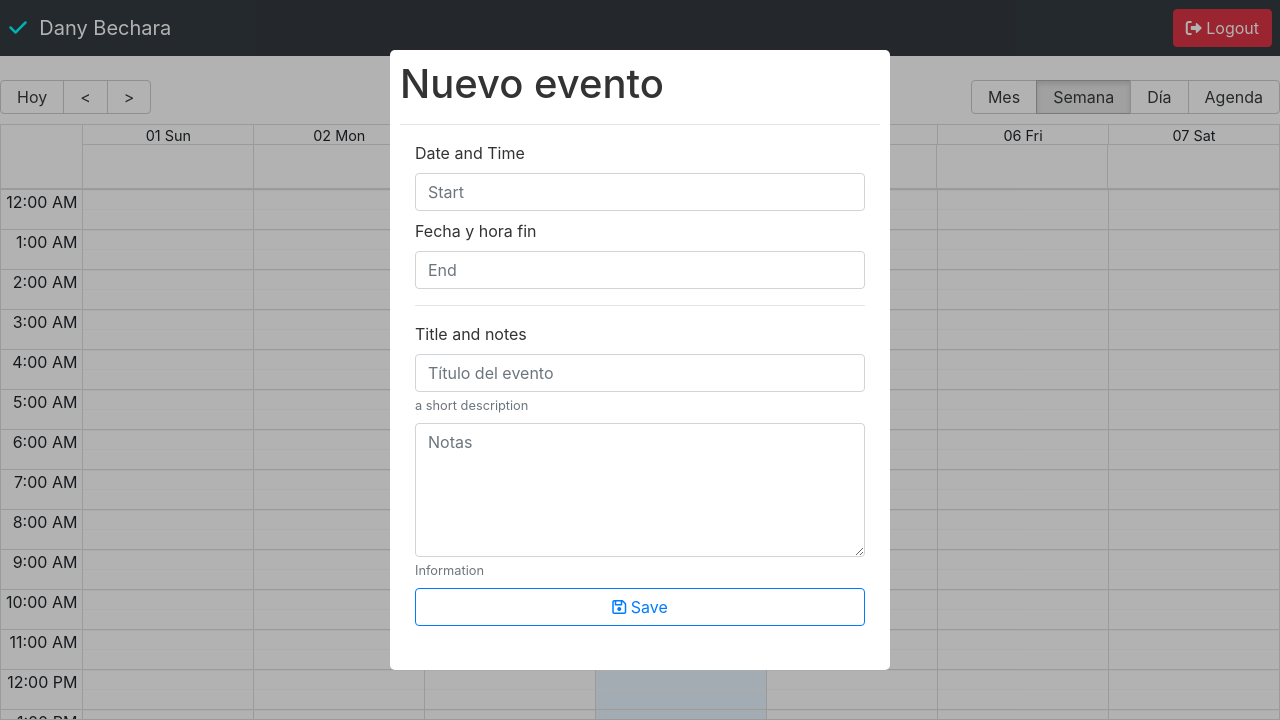
Repository: bechara611/calendar-frontend
Page: /
An editor plug-in stored every save of this project. The page is shown before and after the next save, followed by the edit.
The browser window is 1280 px wide. The pictures show the whole page.
An inner scrolling area shows only its first screen. The project was rebuilt for these pictures with package versions that can differ from the ones it lists, and the page was loaded fresh each time. Also part of the build but not shown: vite.config.js. Imported but missing from the stored project, and not drawn on this page: src/auth.

Above is the page before, as saved 2023-01-05 11:21:58.

### index.html
<!DOCTYPE html>
<html lang="en">
  <head>
    <meta charset="UTF-8" />
    <link rel="icon" type="image/svg+xml" href="/vite.svg" />
    <meta name="viewport" content="width=device-width, initial-scale=1.0" />
    <title>CalendarDB</title>
    <link rel="stylesheet" href="https://cdn.jsdelivr.net/npm/bootstrap@4.5.3/dist/css/bootstrap.min.css" integrity="sha384-TX8t27EcRE3e/ihU7zmQxVncDAy5uIKz4rEkgIXeMed4M0jlfIDPvg6uqKI2xXr2" crossorigin="anonymous">
    <link rel="stylesheet" href="https://cdnjs.cloudflare.com/ajax/libs/font-awesome/6.2.1/css/all.min.css" integrity="sha512-MV7K8+y+gLIBoVD59lQIYicR65iaqukzvf/nwasF0nqhPay5w/9lJmVM2hMDcnK1OnMGCdVK+iQrJ7lzPJQd1w==" crossorigin="anonymous" referrerpolicy="no-referrer" />
  </head>
  <body>
    <div id="root"></div>
    <script type="module" src="/src/main.jsx"></script>
  </body>
</html>

### src/main.jsx
import React from 'react'
import ReactDOM from 'react-dom/client'
import { BrowserRouter } from 'react-router-dom'
import { CalendarApp } from './CalendarApp'
import './styles.css'

ReactDOM.createRoot(document.getElementById('root')).render(


    <BrowserRouter>
      <CalendarApp />
    </BrowserRouter>

)

### src/CalendarApp.jsx
import React from 'react'
import { AppRouter } from './router/AppRouter'

export const CalendarApp = () => {
  return (
   <AppRouter></AppRouter>
  )
}

### src/styles.css
:root {
    --ColorAzul: blue;
  }

### src/router/AppRouter.jsx
import React from 'react'
import { Navigate, Route, Routes } from 'react-router-dom'
import { LoginPages } from '../auth/'
import { CalendarPages } from '../calendar/'


export const AppRouter = () => {
 // const authStatus = 'not-authenticated'
  const authStatus = 'authenticated'
  return (
    <Routes>
      {
        (authStatus === 'not-authenticated'
          ? <Route path='/auth/*' element={<LoginPages></LoginPages>}></Route>
          : <Route path='/*' element={<CalendarPages></CalendarPages>}></Route>
        )
      }
      <Route path='/*' element={<Navigate to={'/auth/login'}></Navigate>}></Route>

    </Routes>
  )
}

### src/calendar/index.js
export * from './pages/CalendarPages'
export * from './components/NavBar'

### src/calendar/pages/CalendarPages.jsx

import 'react-big-calendar/lib/css/react-big-calendar.css'
import React, { useState } from 'react'
import { Calendar } from 'react-big-calendar'
import { NavBar } from '../components/NavBar'
import { localizer } from '../../helpers/'
import { getMessages } from '../../helpers/Messages'
import { CalendarEvent } from '../components/CalendarEvent'
import { addHours } from "date-fns";
import { CalendarModal } from '../components/CalendarModal'

export const Events = [{
  title: 'Cumple de dany',
  notes: 'Torta para Dany',
  start: new Date(),
  end: addHours(new Date(), 3),
  bgColor: '#fafafa',
  user: {
    id: '123',
    name: 'Dany Bechara'
  }
}]




export const CalendarPages = () => {

const [lastView, setlastView] = useState(localStorage.getItem('lastview')|| 'week')

const onDoubleClick = (evento) => {
  console.log({ doubleClick: evento })
}
const onClick = (evento) => {
  console.log({ Click: evento })
}
const onViewChange = (evento) => {

  localStorage.setItem('lastview',evento)
  setlastView(localStorage.getItem('lastview'));
}

const eventStyleGetter = (event, start, end, isSelected) => {
  const style = {
    backgroundColor: isSelected ?  '#347CF7' : '',
    borderRadius: '0px',
    fontSize:'12px',
    opacity: 0.8,
    color: 'white'
  }
    return { style }
}
  return (
    <>
      <NavBar></NavBar>
      <Calendar
      view={lastView}
        localizer={localizer}
        events={Events}
        startAccessor="start"
        endAccessor="end"
        messages={getMessages()}
        style={{ height: 'calc( 100vh - 80px )' }}
        eventPropGetter={eventStyleGetter}
        components={{
          event: CalendarEvent
        }}
        onDoubleClickEvent={onDoubleClick}
        onSelectEvent={onClick}
        onView={onViewChange}
      />
      <CalendarModal></CalendarModal>
    </>

  )
}

### src/calendar/components/NavBar.jsx
import React from 'react'
import './NavBar.css'
export const NavBar = () => {
  return (
    <div className="navbar navbar-dark bg-dark mb-4 px-2">
    <span className='navbar-brand'>

    <i className="fa-sharp fa-solid fa-check icono"></i>

    &nbsp;
    Dany Bechara
    </span>
    <button className='btn btn-danger '>
    <i className="fa-solid fa-right-from-bracket"></i>

    <span> Logout</span>
    </button>
    </div>
  )
}

### src/helpers/index.js
export * from './CalendarLocalizer'

### src/helpers/Messages.js
export const getMessages =()=>{
    return {
        allDay: 'Todo el día',
        previous: '<',
        next: '>',
        today: 'Hoy',
        month: 'Mes',
        week: 'Semana',
        day: 'Día',
        agenda: 'Agenda',
        date: 'Fecha',
        time: 'Hora',
        event: 'Evento',
        noEventsInRange: 'No hay eventos en este rango',
        showMore: total => `+ Ver más (${total})`
    };
}

### src/calendar/components/CalendarEvent.jsx
import React from 'react'

export const CalendarEvent = ({ event }) => {

    const { title, user } = event
    return (
        <>
            <strong>{title}</strong>
            <span> - {user.name}</span>
        </>)
}

### src/calendar/components/CalendarModal.jsx
import React, { useState } from 'react'
import ReactModal from 'react-modal'
import Modal from 'react-modal'
import './CalendarModal.css'
const customStyles = {
    content: {
        top: '50%',
        left: '50%',
        right: 'auto',
        bottom: 'auto',
        marginRight: '-50%',
        transform: 'translate(-50%, -50%)',
    },
};
Modal.setAppElement('#root');
export const CalendarModal = () => {
    const [isOpen, setisOpen] = useState(true)

    const onCloseModal = () => {
        console.log('cerrando modal')
        setisOpen(false)
    }
    return (
        <>
            <Modal
                isOpen={isOpen}
                onRequestClose={onCloseModal}
                style={customStyles}
                className='modal'
                overlayClassName='modal-fondo'
                closeTimeoutMS={200}
            >
                <h1> Nuevo evento </h1>
                <hr />
                <form className="container">

                    <div className="form-group mb-2">
                        <label>Date and Time</label>
                        <input className="form-control" placeholder="Start" />
                    </div>

                    <div className="form-group mb-2">
                        <label>Fecha y hora fin</label>
                        <input className="form-control" placeholder="End" />
                    </div>

                    <hr />
                    <div className="form-group mb-2">
                        <label>Title and notes</label>
                        <input
                            type="text"
                            className="form-control"
                            placeholder="Título del evento"
                            name="title"
                            autoComplete="off"
                        />
                        <small id="emailHelp" className="form-text text-muted">a short description</small>
                    </div>

                    <div className="form-group mb-2">
                        <textarea
                            type="text"
                            className="form-control"
                            placeholder="Notas"
                            rows="5"
                            name="notes"
                        ></textarea>
                        <small id="emailHelp" className="form-text text-muted">Information</small>
                    </div>

                    <button
                        type="submit"
                        className="btn btn-outline-primary btn-block"
                    >
                        <i className="far fa-save"></i>
                        <span> Save</span>
                    </button>

                </form>
            </Modal>
        </>
    )
}

### src/calendar/components/NavBar.css
.icono{
color: aqua;
}

### src/helpers/CalendarLocalizer.js
import {format,parse,startOfWeek,getDay} from 'date-fns'
import enUS from 'date-fns/locale/en-US'
import { dateFnsLocalizer } from 'react-big-calendar'

const locales = {
    'en-US': enUS,
  }

 export const localizer = dateFnsLocalizer({
    format,
    parse,
    startOfWeek,
    getDay,
    locales,
  })

### src/calendar/components/CalendarModal.css
/* Modal */
.ReactModalPortal > div{
    opacity: 0;
}

.ReactModalPortal .ReactModal__Overlay {
    align-items: center;
    display: flex;
    justify-content: center;
    transition: opacity .2s ease-in-out;
    z-index: 999;
}

.modal-fondo {
    background-color: rgba(0, 0, 0, 0.3);
    bottom: 0;
    left: 0;
    right: 0;
    top: 0;
    position: fixed;
}

.ReactModalPortal .ReactModal__Overlay--after-open {
    opacity: 1;
}

.ReactModalPortal .ReactModal__Overlay--before-close {
    opacity: 0;
}

.modal {
    background: white;
    border-radius: 5px;
    color: rgb(51, 51, 51);
    display: inline;
    max-height: 620px;
    max-width: 500px;
    outline: none;
    padding: 10px;
}

After the next save:
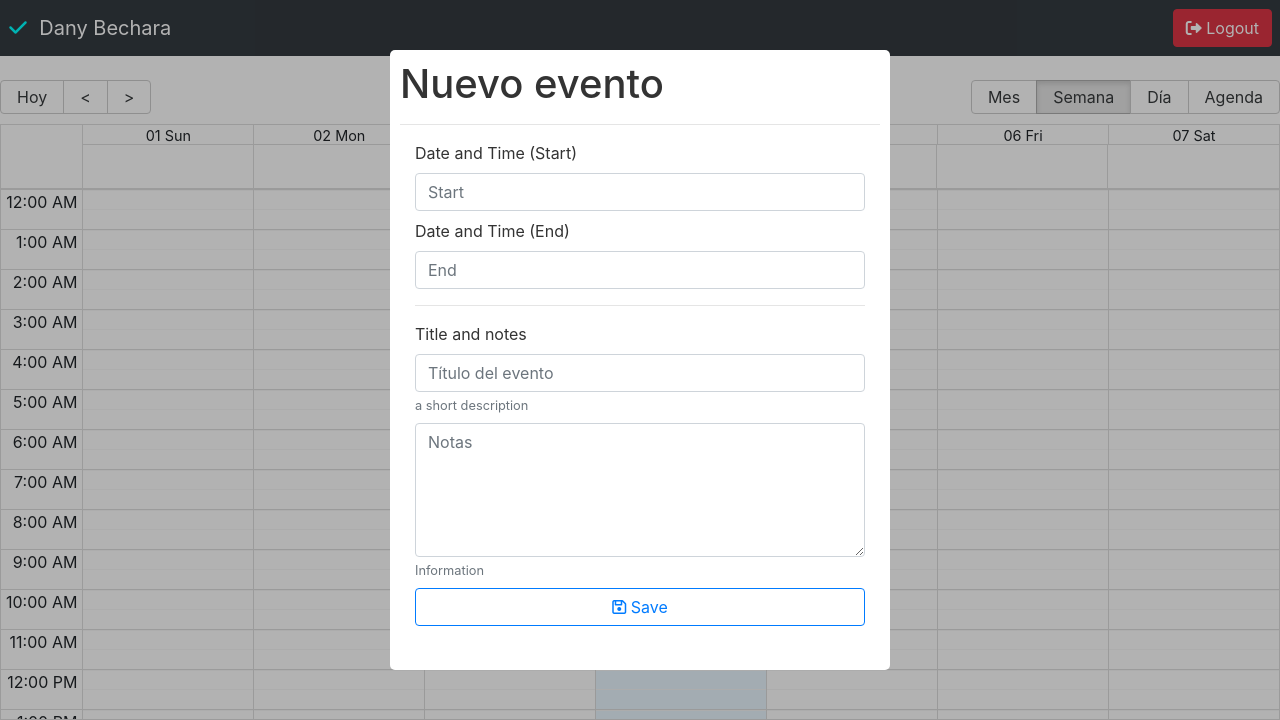
Saved 18 s later.
--- a/src/calendar/components/CalendarModal.jsx
+++ b/src/calendar/components/CalendarModal.jsx
@@ -35,12 +35,12 @@ export const CalendarModal = () => {
                 <form className="container">
 
                     <div className="form-group mb-2">
-                        <label>Date and Time</label>
+                        <label>Date and Time (Start)</label>
                         <input className="form-control" placeholder="Start" />
                     </div>
 
                     <div className="form-group mb-2">
-                        <label>Fecha y hora fin</label>
+                        <label>Date and Time (End) </label>
                         <input className="form-control" placeholder="End" />
                     </div>
 
